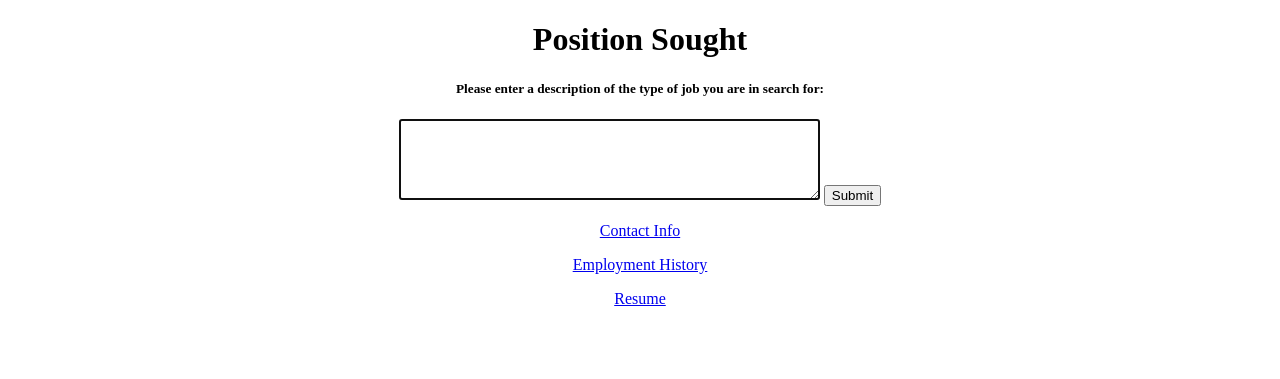
Repository: HyveMynd/cs4540
Page: http://localhost/positionSought.php
The author's editor kept a copy of each file at every save. The page is drawn from the files as they stood at one save, then again after the next save.
The browser window is 1280 px wide. The pictures show the whole page.
Some web libraries are served in a nearby version. The page is run by PHP 8.4 with error messages shown; the project is at /var/www/html/.

Above is the page before, as saved 2013-02-18 04:39:54.

After the next save:
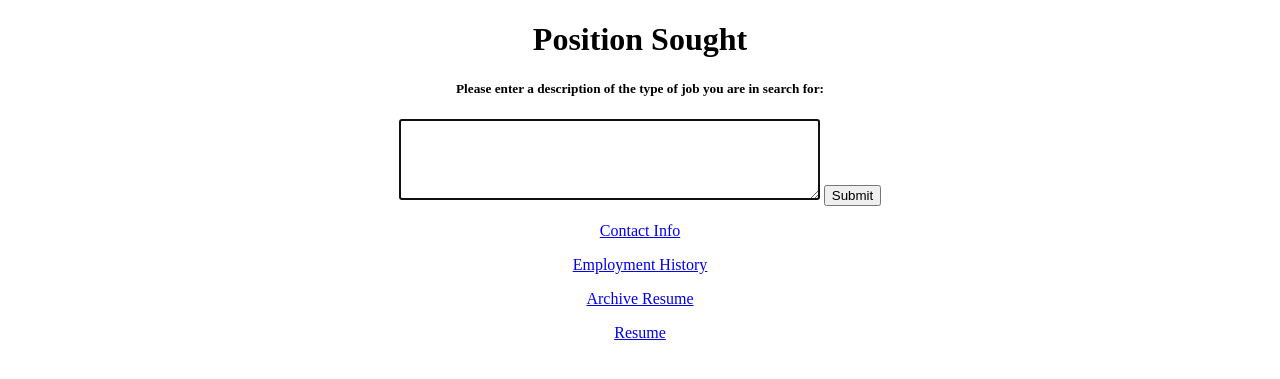
Saved 11 s later.
--- a/ps5/positionSought.php
+++ b/ps5/positionSought.php
@@ -20,6 +20,7 @@ session_start();
 	</form>
 	<p><a href="contactInfo.php" >Contact Info</a></p>
 	<p><a href="employmentHistory.php" >Employment History</a></p>
+	<p><a href="archive.php" >Archive Resume</a></p>
 	<p><a href="resume.php" >Resume</a></p>
 </body>
 </html>
